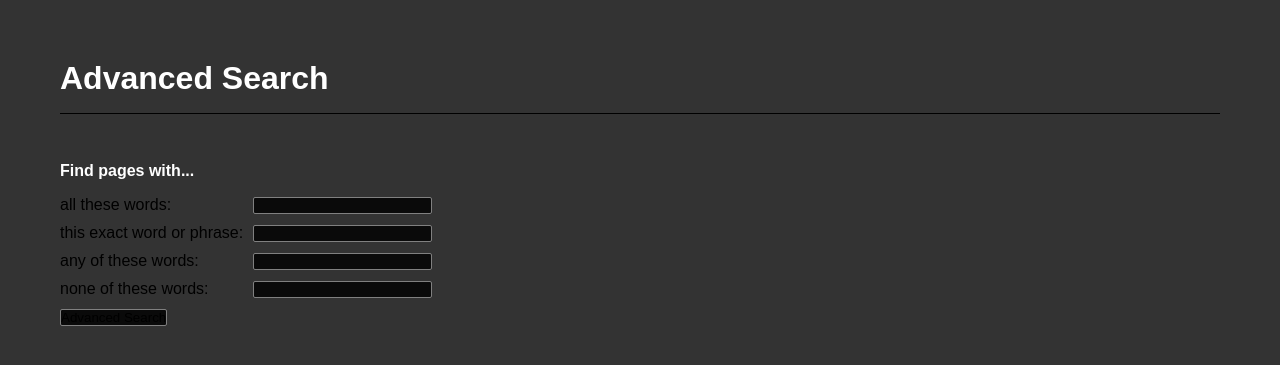
Repository: etentuk/search
Page: advanced_search.html
These files come from the project's save history. The page is drawn as it stood at one moment and after the next save; the edit follows.
The browser window is 1280 px wide. The pictures show the whole page.

Above is the page before, as saved 2021-11-04 23:18:38.

### advanced_search.html
<!DOCTYPE html>
<html lang="en">

<head>
    <title>Advanced Search</title>
    <link rel="stylesheet" href="styles.css">
</head>

<body>

    <div id="container">
        <div id="title">
            <h1>Advanced Search</h1>
        </div>
        <h4>Find pages with...</h4>
        <form action="https://google.com/search" class="form-example">
            <div style="display: table-row;">
                <div class="form-example">
                    <label for="as_q">all these words: </label>
                    <input type="text" id="as_q" name="as_q">
                </div>
                <div class="form-example">
                    <label for="as_epq">this exact word or phrase: </label>
                    <input type="text" id="as_epq" name="as_epq">
                </div>
                <div class="form-example">
                    <label for="as_oq">any of these words: </label>
                    <input type="text" id="as_oq" name="as_oq">
                </div>
                <div class="form-example">
                    <label for="as_eq">none of these words: </label>
                    <input type="text" id="as_eq" name="as_eq">
                </div>
            </div>
            <input type="submit" value="Advanced Search">
        </form>
    </div>
</body>

</html>

### styles.css
* {
  margin: 0;
  padding: 0;
  box-sizing: border-box;
}

form.form-example {
  display: table;
}

div.form-example {
  display: table-row;
}

label,
input {
  display: table-cell;
  margin-bottom: 10px;
}

label {
  padding-right: 10px;
}

#title {
  border-bottom: 1px solid black;
  padding-bottom: 1rem;
  color: #fff;
  /* border-width: 10px; */
}

#container {
  font-family: Arial, Helvetica, sans-serif;
  background-color: rgba(0, 0, 0, 0.8);
  min-height: 100vh;
  padding: 60px;
}

#container h4 {
  padding: 3rem 0 1rem 0;
  color: #fff;
}

.form-example input {
  background-color: rgba(0, 0, 0, 0.8);
  border-radius: 2px;
  border: 1px solid grey;
}

After the next save:
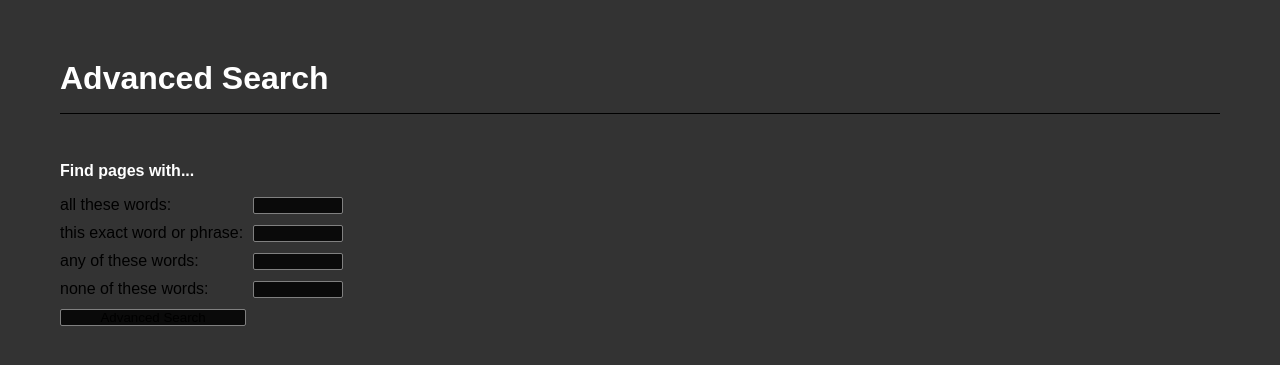
Saved 14 s later.
--- a/styles.css
+++ b/styles.css
@@ -43,6 +43,7 @@ label {
 
 .form-example input {
   background-color: rgba(0, 0, 0, 0.8);
+  width: 50%;
   border-radius: 2px;
   border: 1px solid grey;
 }
